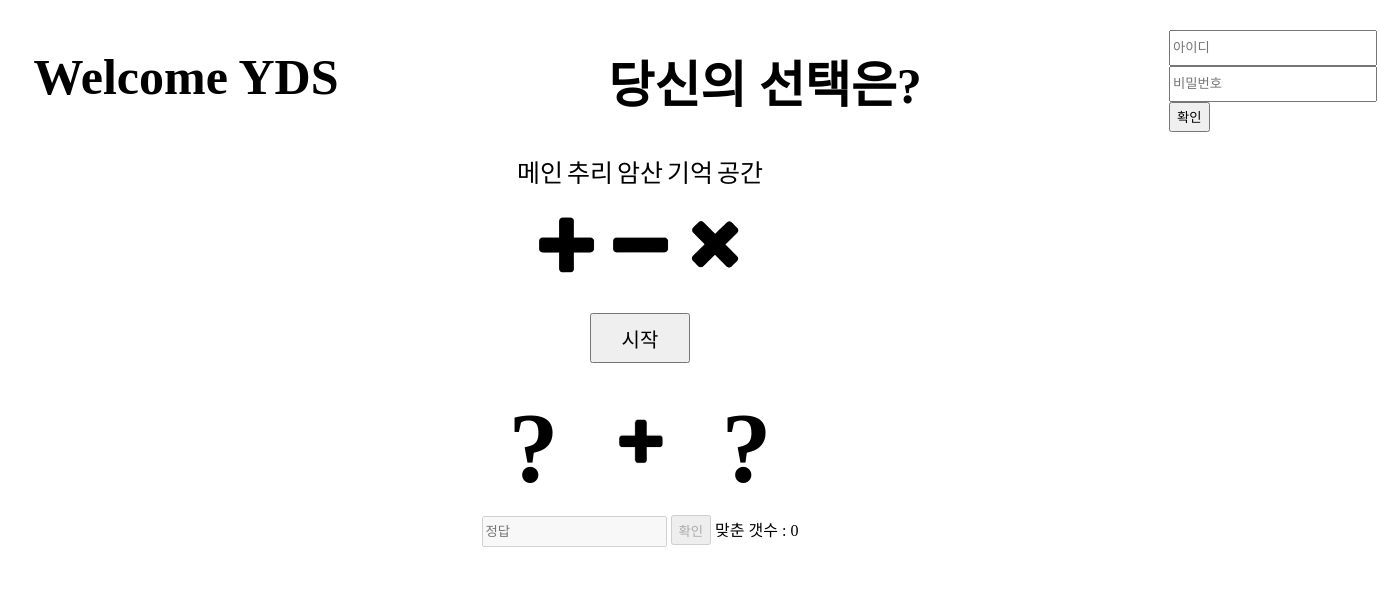
Repository: ejrtn/springbootMaven
Page: deoksu/src/main/resources/static/math.html
An editor plug-in stored every save of this project. The page is shown before and after the next save, followed by the edit.
The browser window is 1280 px wide. The page is 1380 px wide, so the pictures cover 1380 px, including what lies to the right of the window. The pictures show the whole page.

Above is the page before, as saved 2021-04-10 10:43:05.

After the next save:
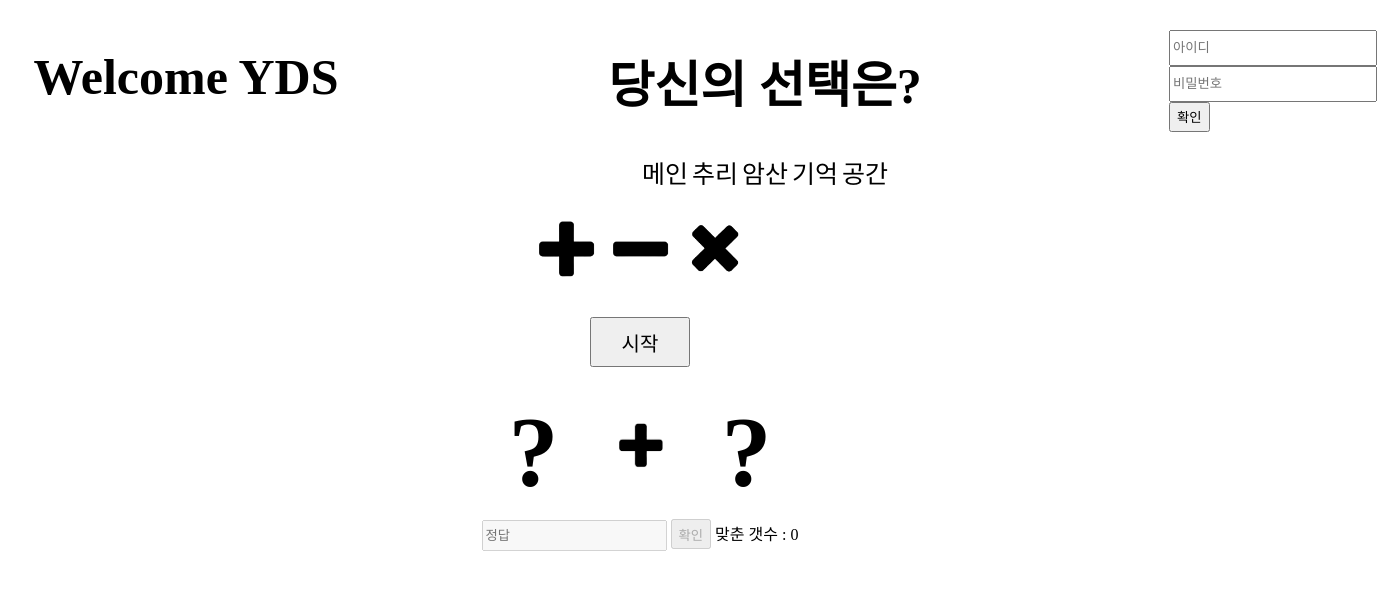
Saved 15 s later.
--- a/deoksu/src/main/resources/static/math.html
+++ b/deoksu/src/main/resources/static/math.html
@@ -116,8 +116,7 @@
 					<input type="button" value="확인" style="height: 30px;">
 				</td>
 			</tr>
-		</table>
-		<tr align="center">
+			<tr align="center">
 				<td></td>
 				<td>
 					<label style="font-size: 25px; cursor: pointer;" onclick="location.href='/'">메인</label>
@@ -128,6 +127,7 @@
 				</td>
 				<td></td>
 			</tr>
+		</table>
 	</div>
 	<div align="center" style="margin-top: 20px;">
 		<div>
